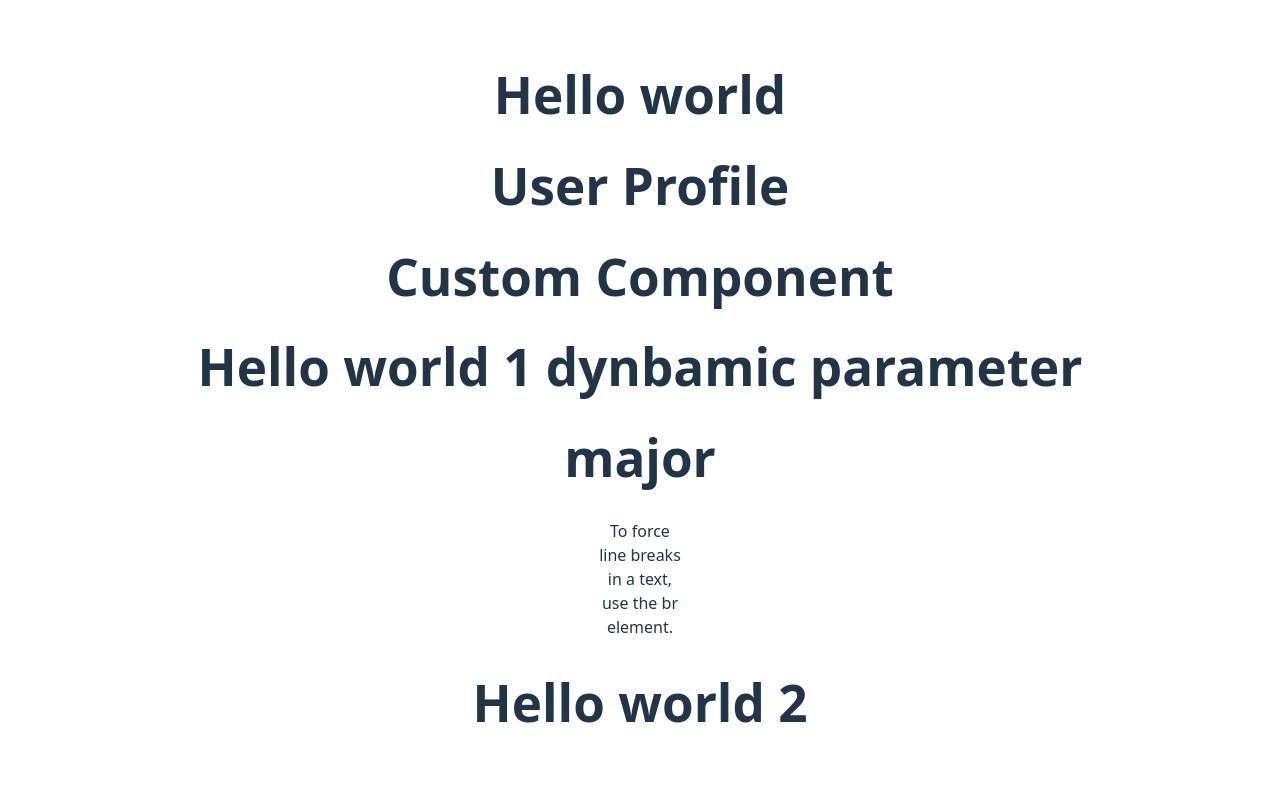
Repository: Janum4444/React-learning
Page: /
An editor plug-in stored every save of this project. The page is shown before and after the next save, followed by the edit.
The browser window is 1280 px wide. The pictures show the whole page.
The project was rebuilt for these pictures with package versions that can differ from the ones it lists, and the page was loaded fresh each time. Also part of the build but not shown: vite.config.js.

Above is the page before, as saved 2026-02-21 19:58:55.

After the next save:
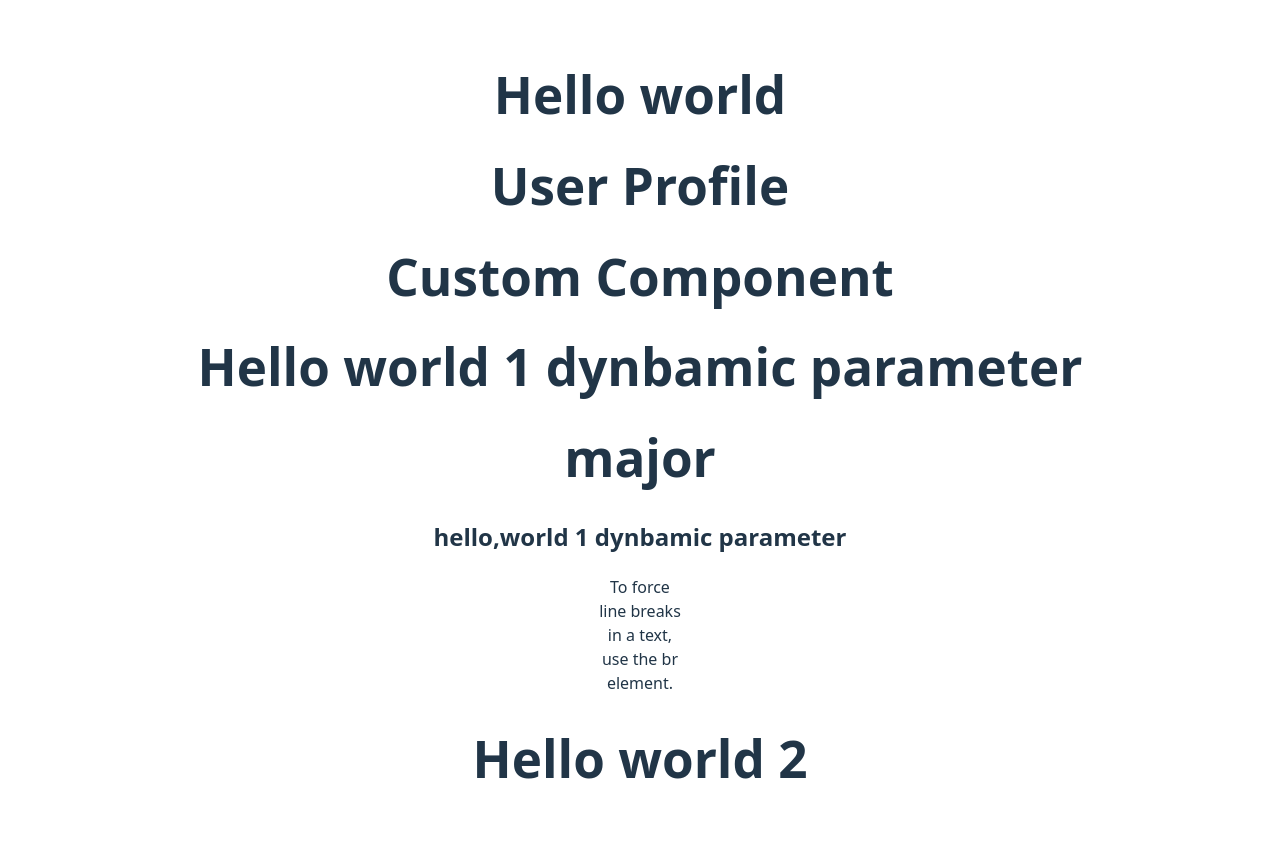
Saved 28 s later.
--- a/src/Hello.jsx
+++ b/src/Hello.jsx
@@ -6,7 +6,7 @@ export const Hello = () => {
             <div id="hello-container1">
                 <h1> {text}</h1>
                 <h1> { age > 18 ? 'major' : 'minor'}</h1>
-                <h2>{}</h2>
+                <h2>{ text.toLowerCase().replace(' ', ',')}</h2>
             </div>
 
             <p>
